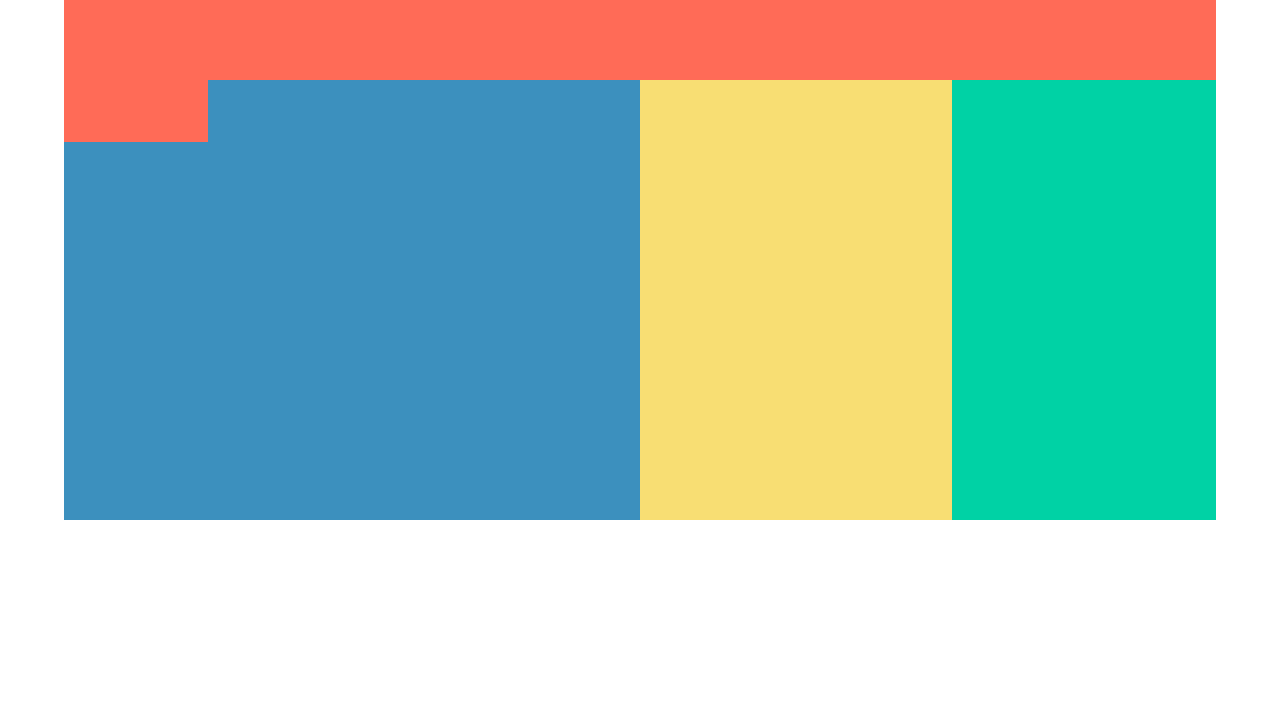
Repository: bongbong3/Study
Page: http://localhost/ResponsiveWebMake/
The author's editor kept a copy of each file at every save. The page is drawn from the files as they stood at one save, then again after the next save.
The browser window is 1280 px wide. The pictures show the whole page.
The page is served by Tomcat 9. Other server files are loaded and not shown.

Above is the page before, as saved 2018-06-23 09:48:36.

### HTML/ResponsiveWebMake/src/main/webapp/WEB-INF/views/home.jsp
<%@ taglib uri="http://java.sun.com/jsp/jstl/core" prefix="c" %>
<%@ page session="false" %>
<!DOCTYPE HTML>
<html lang="ko">
<head>
<meta charset="UTF-8">
<meta name="viewport" content="width=device-width, initial-scale=1, minimum-scale=1, maximum-scale=1, user-scalable=no">
<title>Document</title>
<style>
*{margin:0; padding:0;}

#wrap{
display:flex;
flex-flow:row wrap;
width:90%;
margin:0 auto;
}
.header{
display:flex;
order:1;
position:relative;
width:100%;
justify-content:flex-end;
}
.header h1{
position:absolute;
top:0;
left:0;
width:12.5%;
height:142px;
background:#ff6b57;
}
.header nav{
width:87.5%;
min-height:80px;
background:#ff6b57;
}
.slider_section{
order:2;
width:50%;
background:#3c90be;
}
.gallery_section{
order:3;
width:27.08333333333%;
height:440px;
background:#f8de73;
}
.rankup_section{
order:4;
width:22.9166666667%;
background:#00d2a5;
}
.latest_post_section{
order:5;
width:30%;
background:#9cabe4;
}
.popular_post_section{
order:6;
width:30%;
background:#d76817;
}
.banner_section{
display:flex;
order:7;
flex_flow:column nowrap;
width:22.91666667%;
}
.banner_section div{
flext:1 1 0;
}
.banner_section div.banner_box_01{
background:#0175bb;
}
.banner_section div.banner_box_02{
background:#1261c9;
}

</style>
</head>
<body>
	<div id="wrap">
		<header class="header">
			<h1></h1>
			<nav></nav>
		</header>
		<section class="slider_section"></section>
		<section class="gallery_section"></section>
		<section class="rankup_section"></section>

		<section class="latest_post_section"></section>
		<section class="popular_post_section"></section>
		<section class="banner_section">
			<div class="banner_box_01"></div>
			<div class="banner_box_02"></div>
		</section>
		<section class="social_section"></section>
		<footer class="footer"></footer>
	</div>
</body>
</html>

After the next save:
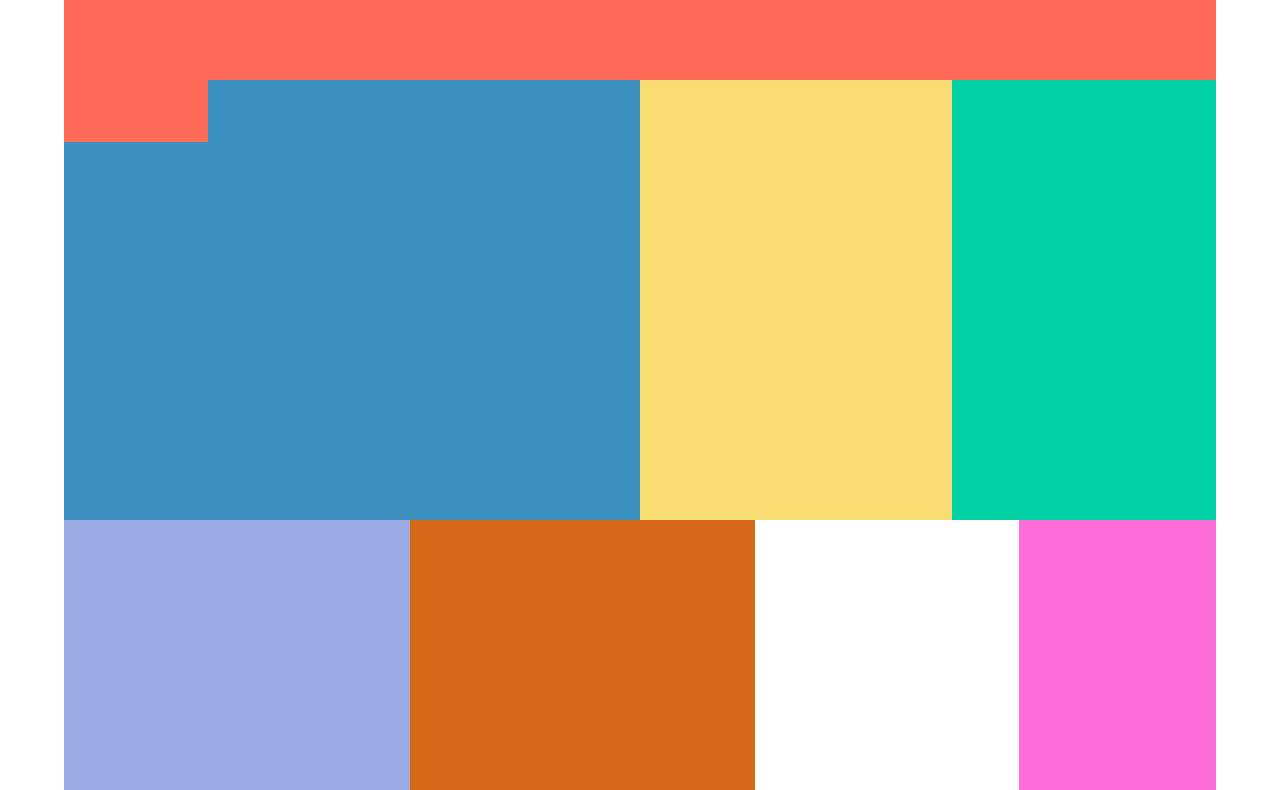
Saved 30 s later.
--- a/HTML/ResponsiveWebMake/src/main/webapp/WEB-INF/views/home.jsp
+++ b/HTML/ResponsiveWebMake/src/main/webapp/WEB-INF/views/home.jsp
@@ -76,7 +76,12 @@ background:#0175bb;
 .banner_section div.banner_box_02{
 background:#1261c9;
 }
-
+.social_section{
+order:8;
+width:17.08333333%;
+height:270px;
+background:#fe6eda;
+}
 </style>
 </head>
 <body>
